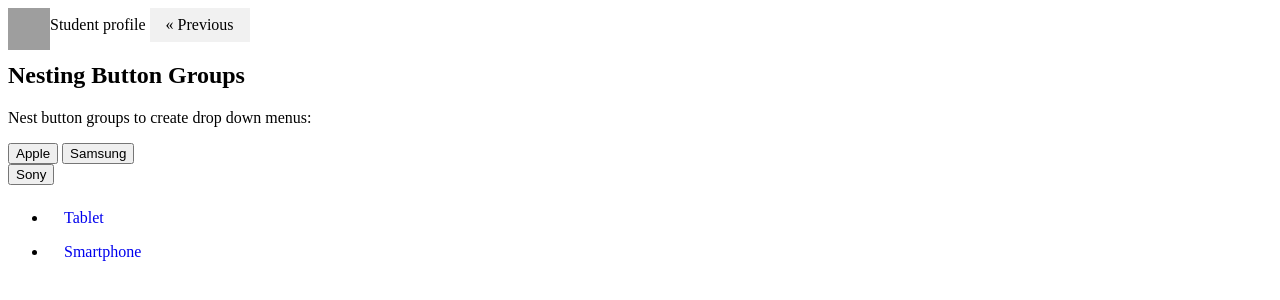
Repository: sandunigayanjali/Library_System
Page: http://localhost/library_management/studentProfile.jsp
The author's editor kept a copy of each file at every save. The page is drawn from the files as they stood at one save, then again after the next save.
The browser window is 1280 px wide. The pictures show the whole page.
Pictures or frames that could not be fetched are drawn as grey boxes. The page is served by Tomcat 9.

Above is the page before, as saved 2018-11-19 12:17:31.

After the next save:
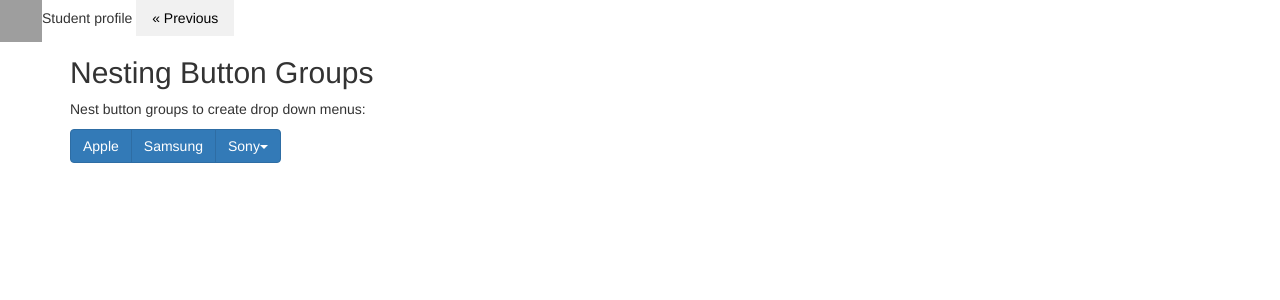
Console error (its wording comes from the project's code and is left out).
Saved 4 min 55 s later.
--- a/library management/WebContent/studentProfile.jsp
+++ b/library management/WebContent/studentProfile.jsp
@@ -4,6 +4,11 @@
 <html>
 <head>
 <meta http-equiv="Content-Type" content="text/html; charset=ISO-8859-1">
+  <script src="https://maxcdn.bootstrapcdn.com/bootstrap/3.3.7/js/bootstrap.min.js"></script>
+<meta name="viewport" content="width=device-width, initial-scale=1">
+  <link rel="stylesheet" href="https://maxcdn.bootstrapcdn.com/bootstrap/3.3.7/css/bootstrap.min.css">
+  <script src="https://ajax.googleapis.com/ajax/libs/jquery/3.3.1/jquery.min.js"></script>
+  <script src="https://maxcdn.bootstrapcdn.com/bootstrap/3.3.7/js/bootstrap.min.js"></script>
 <title>Insert title here</title>
 <style>
 a {
